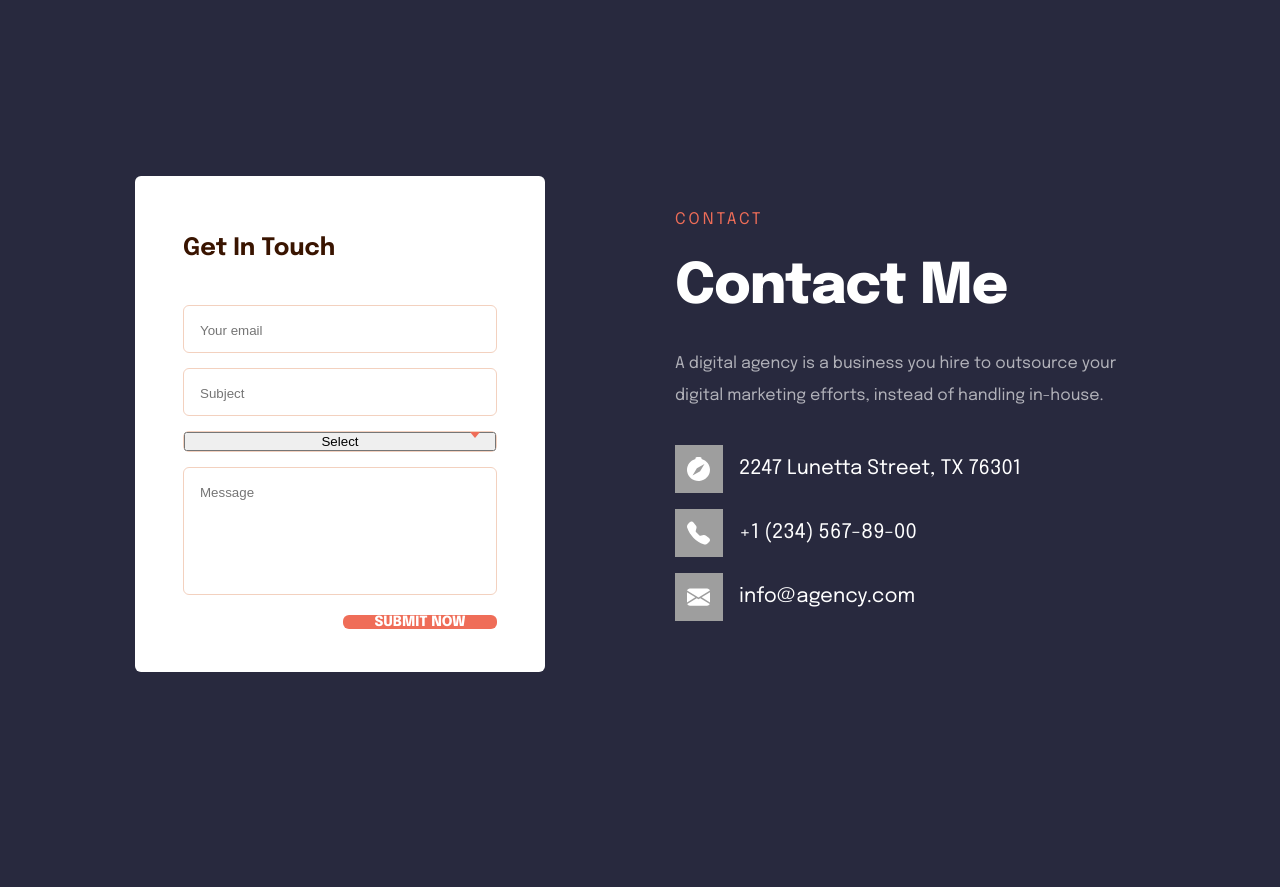
Repository: NatiqSamiyev/form-task-2
Page: index.html
The author's editor kept a copy of each file at every save. The page is drawn from the files as they stood at one save, then again after a run of saves.
The browser window is 1280 px wide. The pictures show the whole page.
Pictures or frames that could not be fetched are drawn as grey boxes. Some web fonts or font styles are not loaded; a fallback is used.

Above is the page before, as saved 2023-10-26 11:43:52.

### index.html
<!DOCTYPE html>
<html lang="en">
  <head>
    <meta charset="UTF-8" />
    <meta name="viewport" content="width=device-width, initial-scale=1.0" />
    <title>Document</title>
    <link rel="stylesheet" href="index.css" />
  </head>
  <body>
    <div class="contact-container">
      <form action="">
        <h1>Get In Touch</h1>
        <label for="">
          <input type="email" placeholder="Your email" class="email-input" />
        </label>

        <label for="">
          <input type="text" placeholder="Subject" class="subject-input" />
        </label>
        <div class="select-box">
          <button>Select</button>
          <svg xmlns="http://www.w3.org/2000/svg" width="10" height="6" viewBox="0 0 10 6" fill="none">
            <path d="M5 6L10 0H0L5 6Z" fill="#EF6D58"/>
          </svg>
        </div>
       <!-- <select name="" id="">

        <option value="">Option 1</option>
        <option value="">Option 2</option>

       </select> -->
        <label for="">
          <input
            class="text-message"
            placeholder="Message"
            class="message-input"
          />
        </label>

        <button class="submit-btn">Submit Now</button>
      </form>

      <div class="info-box">
        <div class="text-box">
          <h2>Contact</h2>
          <h3>Contact Me</h3>
          <p>
            A digital agency is a business you hire to outsource your digital
            marketing efforts, instead of handling in-house.
          </p>
        </div>

        <ul>
          <li>
            <img class="image-1" src="./image/Oval.svg" alt="" />
            <img class="image-2" src="./image/Shape.svg" alt="" />
            <p>2247 Lunetta Street, TX 76301</p>
          </li>

          <li>
            <img class="image-1" src="./image/Oval.svg" alt="" />
            <img class="image-2" src="./image/Path.svg" alt="" />
            <p>+1 (234) 567-89-00</p>
          </li>

          <li>
            <img class="image-1" src="./image/Oval.svg" alt="" />
            <img class="image-2" src="./image/Shape (1).svg" alt="" />
            <p>info@agency.com</p>
          </li>
        </ul>
      </div>
    </div>
  </body>
  <script src="/index.js"></script>
</html>

### index.css
@import url("https://fonts.googleapis.com/css2?family=Epilogue:wght@400;600;700;800&family=Inter:wght@400;500;600;700&family=Laila:wght@700&family=Open+Sans:wght@400;600;700;800&family=Roboto+Slab:wght@700&family=Roboto:wght@400;700&display=swap");

* {
  margin: 0;
  padding: 0;
  box-sizing: border-box;
}

.contact-container {
  width: 100%;
  min-height: 100vh;
  padding: 176px 135px 208px 135px;
  background: #28293e;
  display: flex;
  justify-content: space-between;
}

form {
  width: 570px;
  height: 496px;
  padding: 57px 48px 48px 48px;
  border-radius: 6px;
  background: #fff;
  display: flex;
  flex-direction: column;
  gap: 15px;
}

form h1 {
  margin-bottom: 25px;
  color: var(--Text_Dark, #391400);
  font-feature-settings: "clig" off, "liga" off;
  font-family: Epilogue;
  font-size: 24px;
  font-style: normal;
  font-weight: 700;
  line-height: 32px;
}

label {
  width: 100%;
}

input {
  width: 100%;
  height: 48px;
  padding: 9px 15px 7px 16px;
  border-radius: 6px;
  border: 1px solid #f3d1bf;
  background: #fff;
}

.text-message {
  height: 128px;
  padding: 9px 16px 87px 16px;
  margin-bottom: 5px;
}

form .submit-btn {
  width: 154px;
  margin-left: auto;
  height: 248px;
  border-radius: 6px;
  background: #ef6d58;
  border: none;
  color: #fff;
  text-align: center;
  font-family: Epilogue;
  font-size: 14px;
  font-style: normal;
  font-weight: 900;
  line-height: normal;
  text-transform: uppercase;
}

.info-box {
  margin-left: 130px;
  padding: 28px 0 58px 0;
}

.text-box {
  width: 470px;
  margin-bottom: 33px;
}

h2 {
  margin-bottom: 20px;
  color: var(--Text_Light_Accent, #ef6d58);
  font-feature-settings: "clig" off, "liga" off;
  font-family: Epilogue;
  font-size: 16px;
  font-style: normal;
  font-weight: 400;
  line-height: 32px;
  letter-spacing: 3px;
  text-transform: uppercase;
}

h3 {
  margin-bottom: 28px;
  color: var(--Text_Light, #fff);
  font-feature-settings: "clig" off, "liga" off;
  font-family: Epilogue;
  font-size: 56px;
  font-style: normal;
  font-weight: 800;
  line-height: 64px;
  letter-spacing: -1px;
}

.text-box p {
  color: var(--Text_Light_Gray, rgba(255, 255, 255, 0.64));
  font-feature-settings: "clig" off, "liga" off;
  font-family: Epilogue;
  font-size: 16px;
  font-style: normal;
  font-weight: 400;
  line-height: 32px;
}

ul li {
  list-style-type: none;
  display: flex;
  align-items: center;
}

.image-1 {
  width: 48px;
  height: 48px;
  fill: #ef6d58;
  position: relative;
}

.image-2 {
  width: 23px;
  height: 24px;
  fill: #fff;
  position: absolute;
  margin-left: 12px;
  /* margin-bottom: 0px; */
}

ul li p {
  margin-left: 16px;
  color: var(--Text_Light, #fff);
  font-feature-settings: "clig" off, "liga" off;
  font-family: Epilogue;
  font-size: 20px;
  font-style: normal;
  font-weight: 400;
  line-height: 32px;
}

ul li:nth-child(2) {
  margin-top: 16px;
}

ul li:last-child {
  margin-top: 16px;
}

.select-box{
  /* padding: 20px 16px; */
  border-radius: 6px;
border: 1px solid #F3D1BF;
background: #FFF;
position: relative;
}
.select-box button{
  width: 100%;
  height: 100%;

}
.select-box svg{

  position: absolute;
  right: 16px;
}

### index.js
let btn = document.querySelector("button");
let form = document.querySelector("form");
let emailInput = document.querySelector(".email-input");
let subjectInput = document.querySelector(".subject-input");
let messageInput = document.querySelector(".message-input");

// btn.addEventListener("click", submitForm);
form.addEventListener("submit", submitForm);
function submitForm(a) {
  a.preventDefault();
  console.log(subjectInput.value, emailInput.value);
}

// emailInput.addEventListener("");

After the next 3 saves:
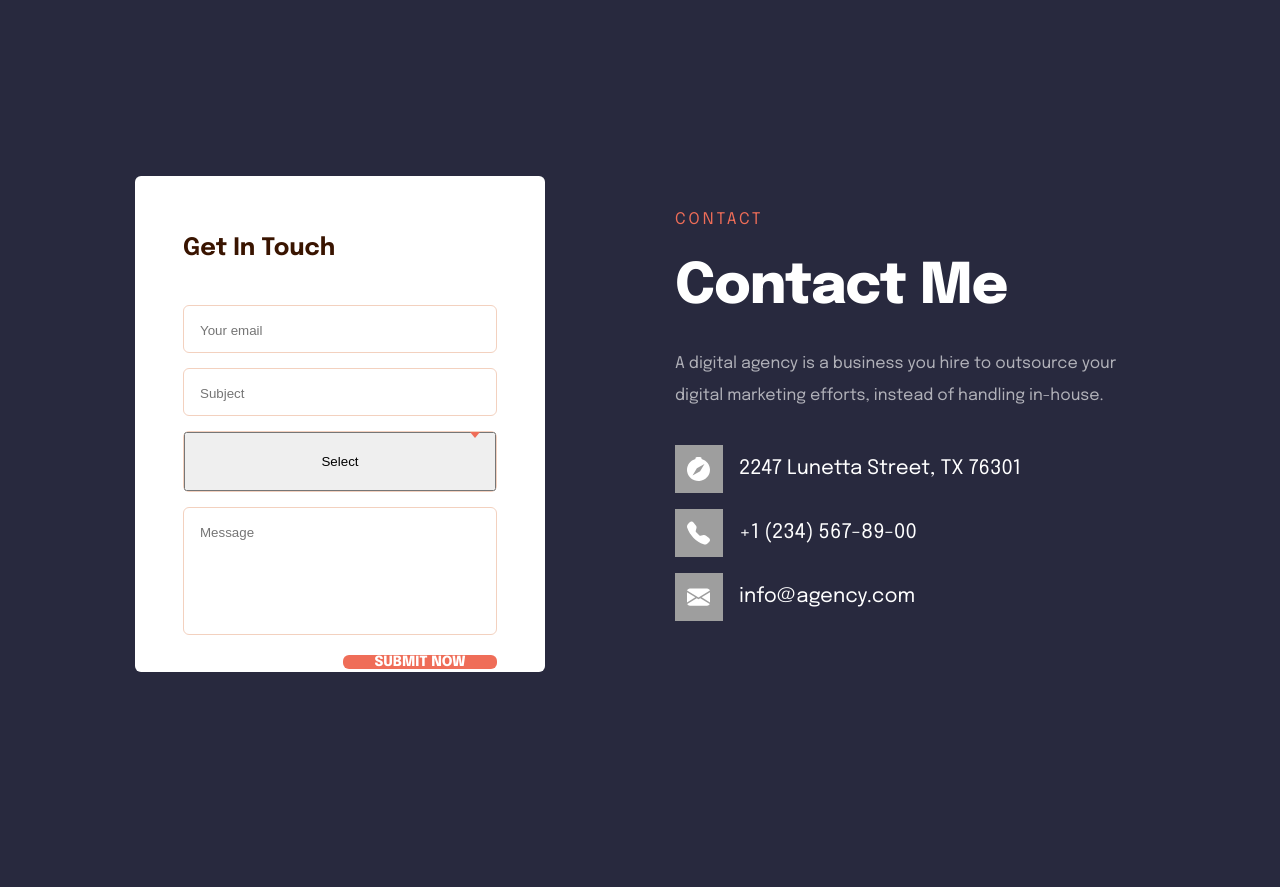
The 3 saves are shown as one change because they came seconds apart.
The last was saved 37 s later.
--- a/index.css
+++ b/index.css
@@ -160,7 +160,6 @@ ul li:last-child {
 }
 
 .select-box{
-  /* padding: 20px 16px; */
   border-radius: 6px;
 border: 1px solid #F3D1BF;
 background: #FFF;
@@ -169,6 +168,7 @@ position: relative;
 .select-box button{
   width: 100%;
   height: 100%;
+  padding: 20px 16px;
 
 }
 .select-box svg{
